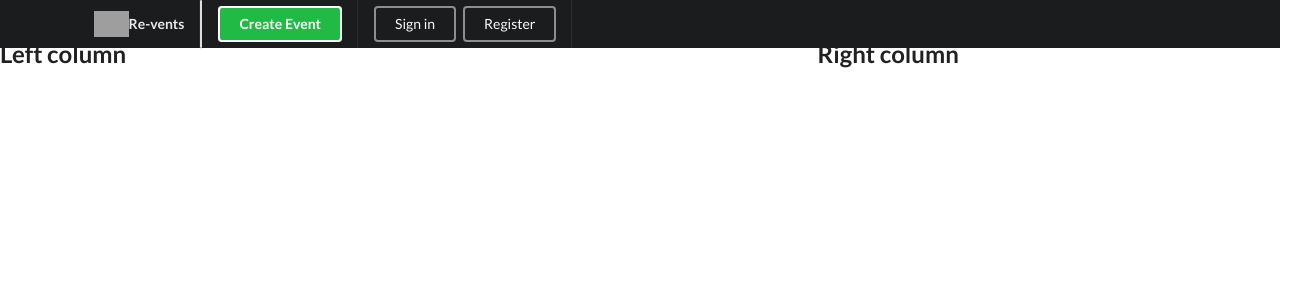
Repository: Preranabaruah/react-semantic-ui
Page: /
These files come from the project's save history. The page is drawn as it stood at one moment and after the next save; the edit follows.
The browser window is 1280 px wide. The page is 1294 px wide, so the pictures cover 1294 px, including what lies to the right of the window. The pictures show the whole page.
Pictures or frames that could not be fetched are drawn as grey boxes. The project was rebuilt for these pictures with package versions that can differ from the ones it lists, and the page was loaded fresh each time. Also part of the build but not shown: vite.config.ts.

Above is the page before, as saved 2023-09-08 13:24:51.

After the next save:
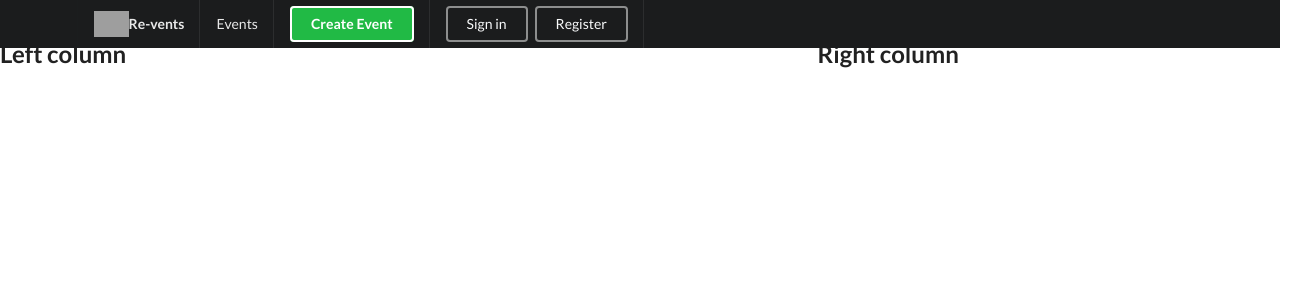
Saved 24 s later.
--- a/src/features/nav-bar/index.tsx
+++ b/src/features/nav-bar/index.tsx
@@ -9,7 +9,7 @@ const NavBar = () => {
             <img src="/src/assets/react.svg" />
             Re-vents
           </Menu.Item>
-          <Menu name="Events" />
+          <Menu.Item name="Events" />
           <Menu.Item>
             <Button positive inverted content="Create Event" />
           </Menu.Item>
